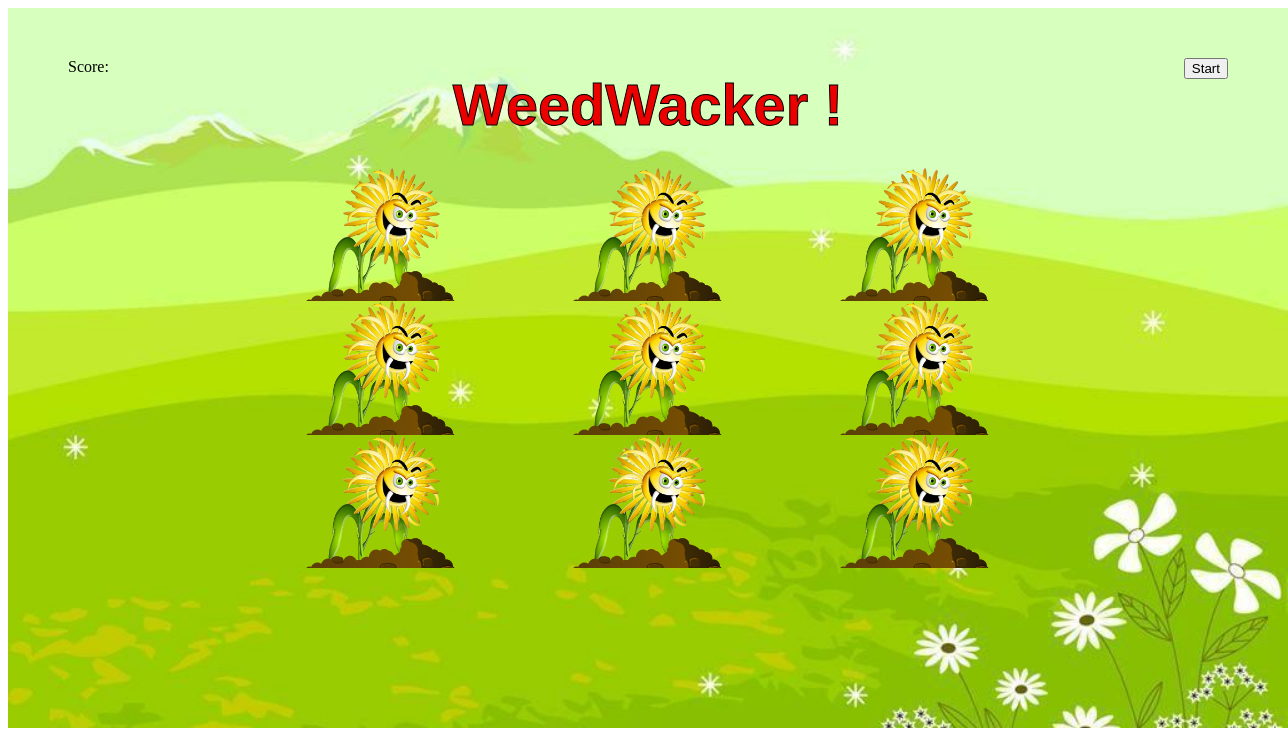
Repository: AustinW24/weedwacker
Page: index.html
An editor plug-in stored every save of this project. The page is shown before and after the next save, followed by the edit.
The browser window is 1280 px wide. The page is 1288 px wide, so the pictures cover 1288 px, including what lies to the right of the window. The pictures show the whole page.
Some web fonts or font styles are not loaded; a fallback is used.

Above is the page before, as saved 2022-02-09 10:28:55.

After the next save:
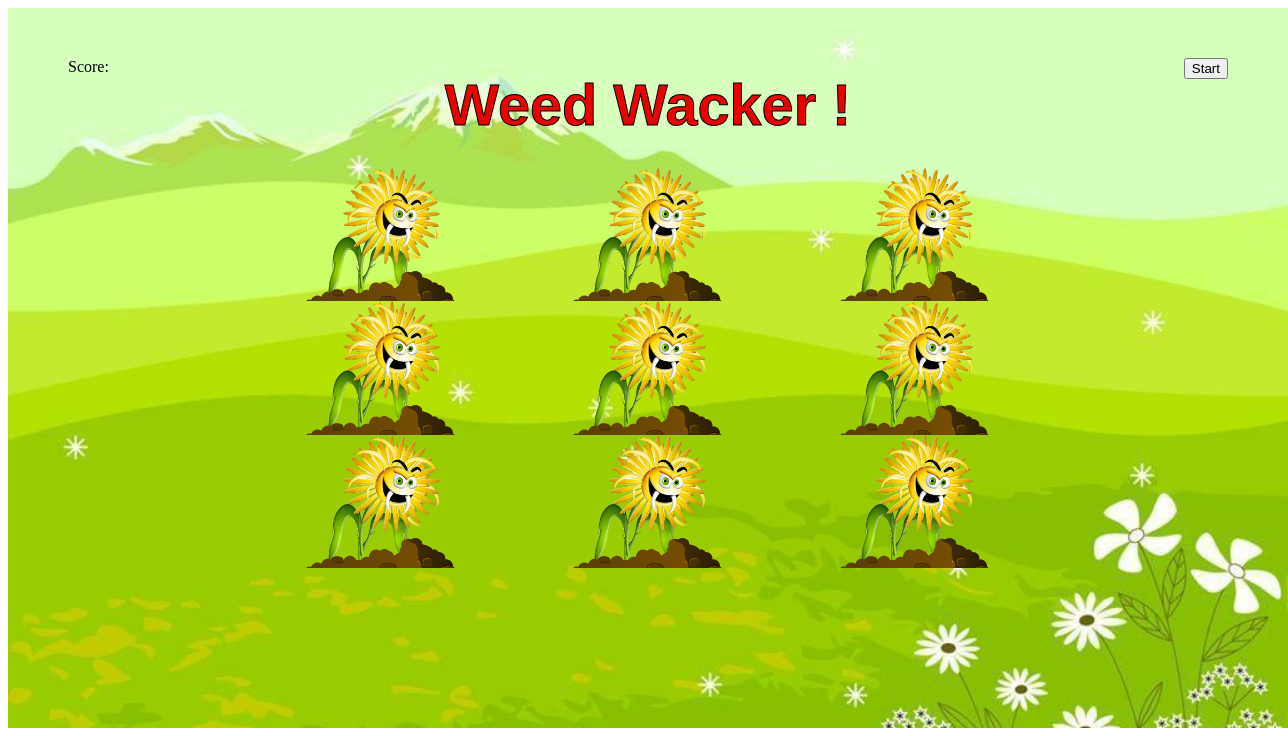
Saved 13 s later.
--- a/index.html
+++ b/index.html
@@ -15,7 +15,7 @@
 
         <div class="score">Score: </div>
         <div class="heading">
-            <h1 class="title">WeedWacker !</h1>
+            <h1 class="title">Weed Wacker !</h1>
         </div>
         <div class="start">
             <button onClick="startGame()">Start</button>

After the save that followed:
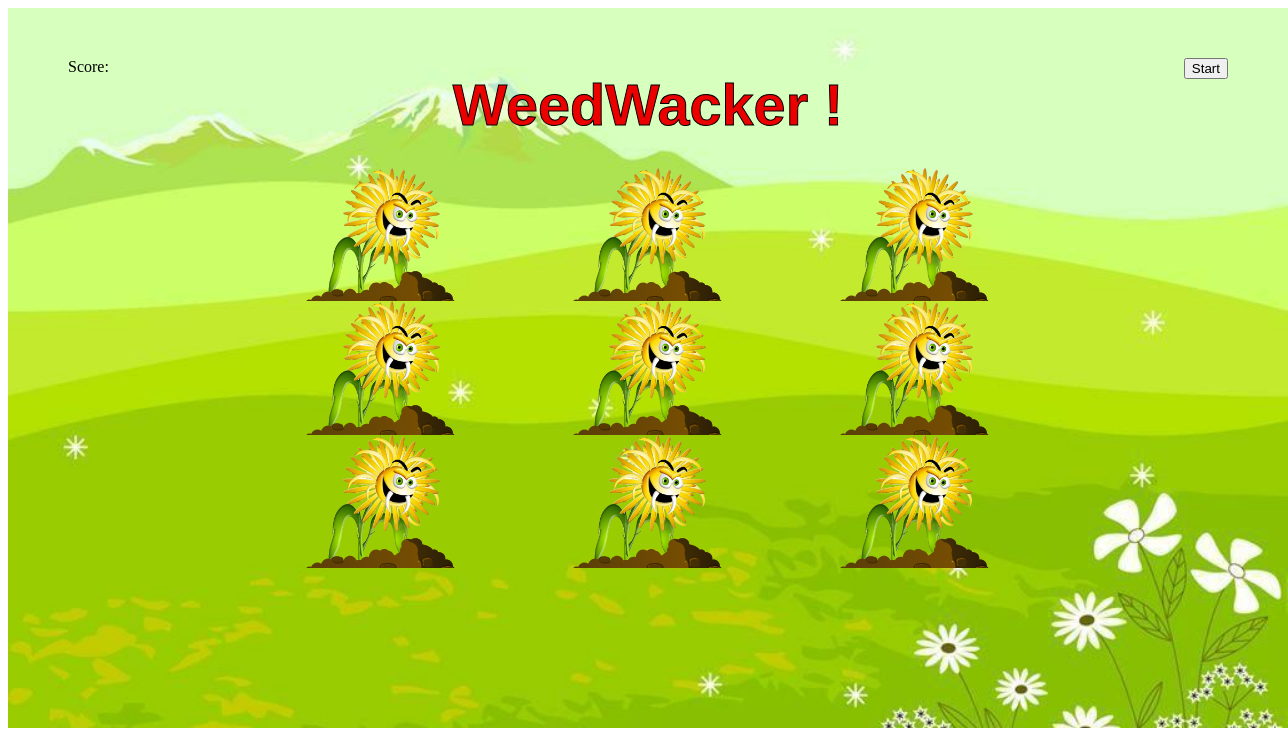
Saved 6 s later.
--- a/index.html
+++ b/index.html
@@ -15,7 +15,7 @@
 
         <div class="score">Score: </div>
         <div class="heading">
-            <h1 class="title">Weed Wacker !</h1>
+            <h1 class="title">WeedWacker !</h1>
         </div>
         <div class="start">
             <button onClick="startGame()">Start</button>
